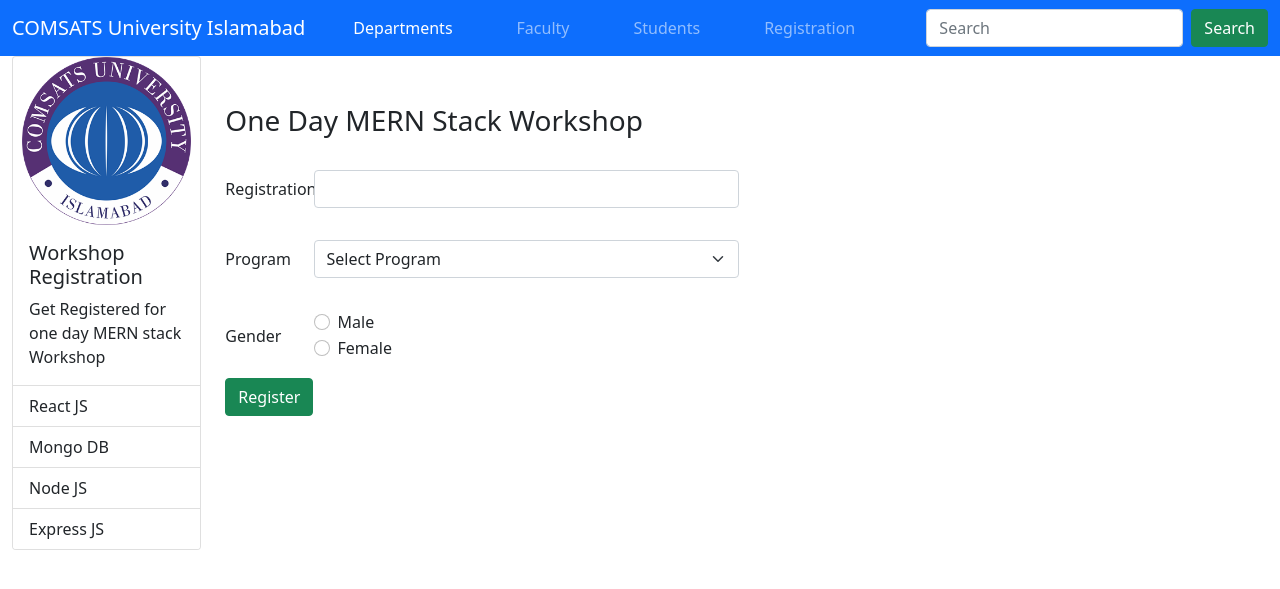
Repository: SaudCh/Web-Mid-Exams
Page: /register
The author's editor kept a copy of each file at every save. The page is drawn from the files as they stood at one save, then again after the next save.
The browser window is 1280 px wide. The pictures show the whole page.
The project was rebuilt for these pictures with package versions that can differ from the ones it lists, and the page was loaded fresh each time. Also part of the build but not shown: src/Invalid/invalid.jsx, src/Students/student.jsx.

Above is the page before, as saved 2021-11-25 21:06:23.

### src/App.js
import React from "react";
import {
  BrowserRouter as Router,
  Switch,
  Route,
  Redirect,
} from "react-router-dom";
import "../node_modules/bootstrap/dist/css/bootstrap.min.css";
import "../node_modules/bootstrap/dist/js/bootstrap.bundle.min";
import Header from "./Shared/Header";
import SideBar from "./Shared/SideBar";
import Register from "./Register/register";
import Invalid from "./Invalid/invalid";
import Student from "./Students/student";

export default function App() {
  return (
    <Router>
      <Header />
      <div className="container-fluid">
        <div className="row">
          <div className="col-12 col-md-2">
            <SideBar />
          </div>
          <div className="col-12 col-md-10">
            <Switch>
              <Route path="/" exact>
                <div></div>
              </Route>
              <Route path="/register/" exact>
                <Register />
              </Route>
              <Route path="/invalid/" exact>
                <Invalid />
              </Route>
              <Route path="/list/:register/:program/:gender/:date" exact>
                <Student />
              </Route>
              <Redirect to="/invalid/" />
            </Switch>
          </div>
        </div>
      </div>
    </Router>
  );
}

### src/Shared/Header.jsx
import React from "react";
import { Link } from "react-router-dom";
export default function Header() {
  return (
    <nav class="navbar navbar-expand-lg navbar-dark bg-primary">
      <div class="container-fluid">
        <Link to="/" class="navbar-brand" href="#">
          COMSATS University Islamabad
        </Link>
        <button
          class="navbar-toggler"
          type="button"
          data-bs-toggle="collapse"
          data-bs-target="#navbarSupportedContent"
          aria-controls="navbarSupportedContent"
          aria-expanded="false"
          aria-label="Toggle navigation"
        >
          <span class="navbar-toggler-icon"></span>
        </button>
        <div class="collapse navbar-collapse" id="navbarSupportedContent">
          <ul class="navbar-nav me-auto mb-2 mb-lg-0">
            <li class="nav-item mx-md-4">
              <Link to="/" class="nav-link active" aria-current="page" href="#">
                Departments
              </Link>
            </li>
            <li class="nav-item mx-md-4">
              <Link to="/" class="nav-link" href="#">
                Faculty
              </Link>
            </li>

            <li class="nav-item mx-md-4">
              <Link
                to="/list/sp19-bcs-078/BCS/Male/22-11-201"
                class="nav-link"
                href="#"
                tabindex="-1"
                aria-disabled="true"
              >
                Students
              </Link>
            </li>
            <li class="nav-item mx-md-4">
              <Link
                to="/register/"
                class="nav-link"
                href="#"
                tabindex="-1"
                aria-disabled="true"
              >
                Registration
              </Link>
            </li>
          </ul>
          <form class="d-flex">
            <input
              class="form-control me-2"
              type="search"
              placeholder="Search"
              aria-label="Search"
            />
            <button
              class="btn btn-outline-success btn-success text-white"
              type="submit"
            >
              Search
            </button>
          </form>
        </div>
      </div>
    </nav>
  );
}

### src/Shared/SideBar.jsx
import React from "react";
import logo from "../public/comsats-logo.png";

export default function SideBar() {
  return (
    <div class="card">
      <img
        src={logo}
        class="card-img-top"
        style={{ width: "90%", alignSelf: "center" }}
        alt="..."
      />
      <div class="card-body">
        <h5 class="card-title">Workshop Registration</h5>
        <p class="card-text">Get Registered for one day MERN stack Workshop</p>
      </div>
      <ul class="list-group list-group-flush">
        <li class="list-group-item">React JS</li>
        <li class="list-group-item">Mongo DB</li>
        <li class="list-group-item">Node JS</li>
        <li class="list-group-item">Express JS</li>
      </ul>
    </div>
  );
}

### src/Register/register.jsx
import React, { useRef, useState } from "react";
import { Link, useHistory } from "react-router-dom";
import { Formik, Form, Field } from "formik";

export default function Register() {
  // const handleSubmit = (e) => {
  //   e.preventDefault();

  //   history.push(
  //     `/list/${Registration.current.value}/${Program.current.value}/male/22-11-2021`
  //   );
  // };
  return (
    <div className="my-5">
      <h3>One Day MERN Stack Workshop</h3>
      <Formik
        initialValues={{ registration: "", program: "", gender: "" }}
        onSubmit={(values) => {
          console.log(values);
        }}
      >
        {({ handleSubmit }) => (
          <Form onSubmit={handleSubmit}>
            {/*********Registration********** */}
            <div class="row g-3 align-items-center my-3">
              <div class="col-1">
                <label for="registration" class="col-form-label">
                  Registration
                </label>
              </div>
              <div class="col-5">
                <Field
                  type="text"
                  id="registration"
                  class="form-control"
                  name="registration"
                />
              </div>
              {/* <div class="alert alert-danger col-7" role="alert">
                {errors.registration &&
                  touched.registration &&
                  errors.registration}
              </div> */}
            </div>
            {/*********Program****** */}
            <div class="row g-3 align-items-center my-3">
              <div class="col-1">
                <label for="program" class="col-form-label">
                  Program
                </label>
              </div>
              <div class="col-5">
                <Field
                  name="program"
                  as="select"
                  id="program"
                  class="form-select"
                >
                  <option value="0">Select Program</option>
                  <option value="BsCS">BsCS</option>
                  <option value="BsCE">BsSE</option>
                </Field>
              </div>
            </div>
            {/*********Gender****** */}
            <div class="row g-3 align-items-center my-3">
              <div class="col-1">
                <label for="gender" class="col-form-label">
                  Gender
                </label>
              </div>
              <div class="col-5">
                <div class="form-check">
                  <Field
                    class="form-check-input"
                    type="radio"
                    name="gender"
                    value="male"
                    id="gender"
                  />
                  <label class="form-check-label" for="flexRadioDefault1">
                    Male
                  </label>
                </div>
                <div class="form-check">
                  <Field
                    class="form-check-input"
                    type="radio"
                    name="gender"
                    value="female"
                    id="gender"
                  />
                  <label class="form-check-label" for="flexRadioDefault2">
                    Female
                  </label>
                </div>
              </div>
            </div>
            {/*********Date****** */}
            {/* <div class="row g-3 align-items-center my-3">
              <div class="col-1 ">
                <label for="date" class="col-form-label">
                  Preferred date
                </label>
              </div>
              <div class="col-5">
                <div class="form-check">
                  <input
                    class="form-check-input"
                    type="checkbox"
                    value="22-11-2021"
                    id="flexCheckDefault"
                  />
                  <label class="form-check-label" for="flexCheckDefault">
                    22-11-2021
                  </label>
                </div>
                <div class="form-check">
                  <input
                    class="form-check-input"
                    type="checkbox"
                    value="25-11-2021"
                    id="flexCheckChecked"
                  />
                  <label class="form-check-label" for="flexCheckChecked">
                    25-11-2021
                  </label>
                </div>
              </div>
            </div> */}
            {/*********Button********* */}
            <div>
              <button type="submit" className="btn btn-success">
                Register
              </button>
            </div>
          </Form>
        )}
      </Formik>
    </div>
  );
}

Loaded but not shown: public/index.html (common file); src/index.js (common file); src/index.css (common file); src/reportWebVitals.js (common file)

After the next save:
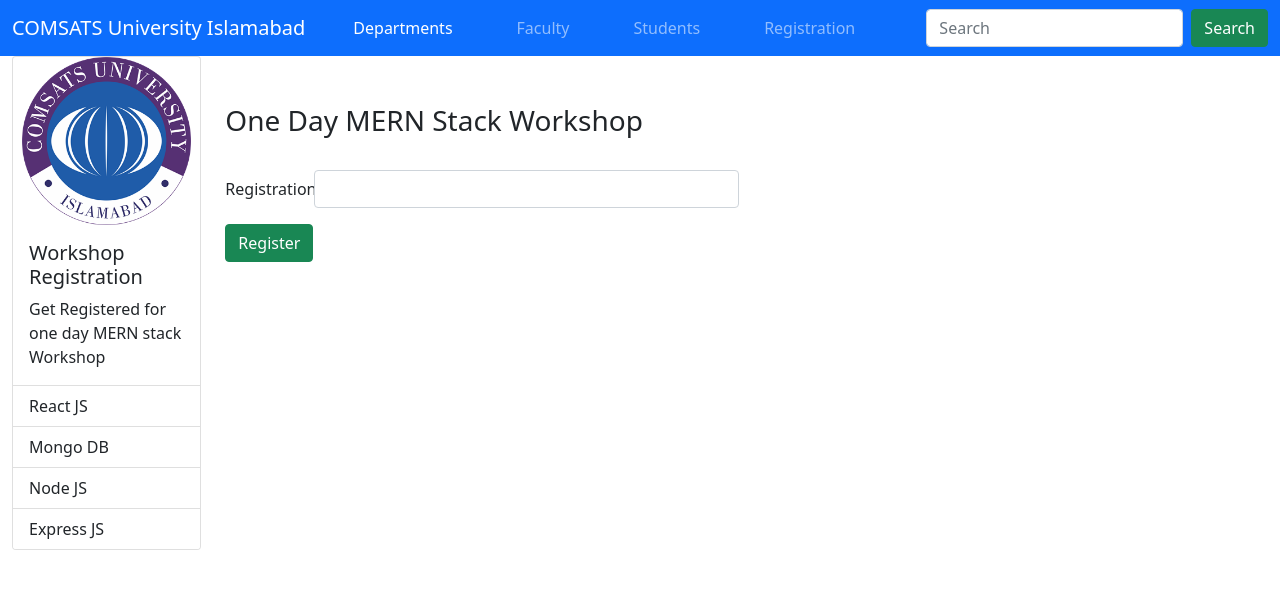
Saved 101 s later.
--- a/src/Register/register.jsx
+++ b/src/Register/register.jsx
@@ -19,7 +19,7 @@
           console.log(values);
         }}
       >
-        {({ handleSubmit }) => (
+        {({ handleSubmit, handleChange }) => (
           <Form onSubmit={handleSubmit}>
             {/*********Registration********** */}
             <div class="row g-3 align-items-center my-3">
@@ -43,7 +43,7 @@
               </div> */}
             </div>
             {/*********Program****** */}
-            <div class="row g-3 align-items-center my-3">
+            {/* <div class="row g-3 align-items-center my-3">
               <div class="col-1">
                 <label for="program" class="col-form-label">
                   Program
@@ -61,9 +61,9 @@
                   <option value="BsCE">BsSE</option>
                 </Field>
               </div>
-            </div>
+            </div> */}
             {/*********Gender****** */}
-            <div class="row g-3 align-items-center my-3">
+            {/* <div class="row g-3 align-items-center my-3">
               <div class="col-1">
                 <label for="gender" class="col-form-label">
                   Gender
@@ -95,7 +95,7 @@
                   </label>
                 </div>
               </div>
-            </div>
+            </div> */}
             {/*********Date****** */}
             {/* <div class="row g-3 align-items-center my-3">
               <div class="col-1 ">
